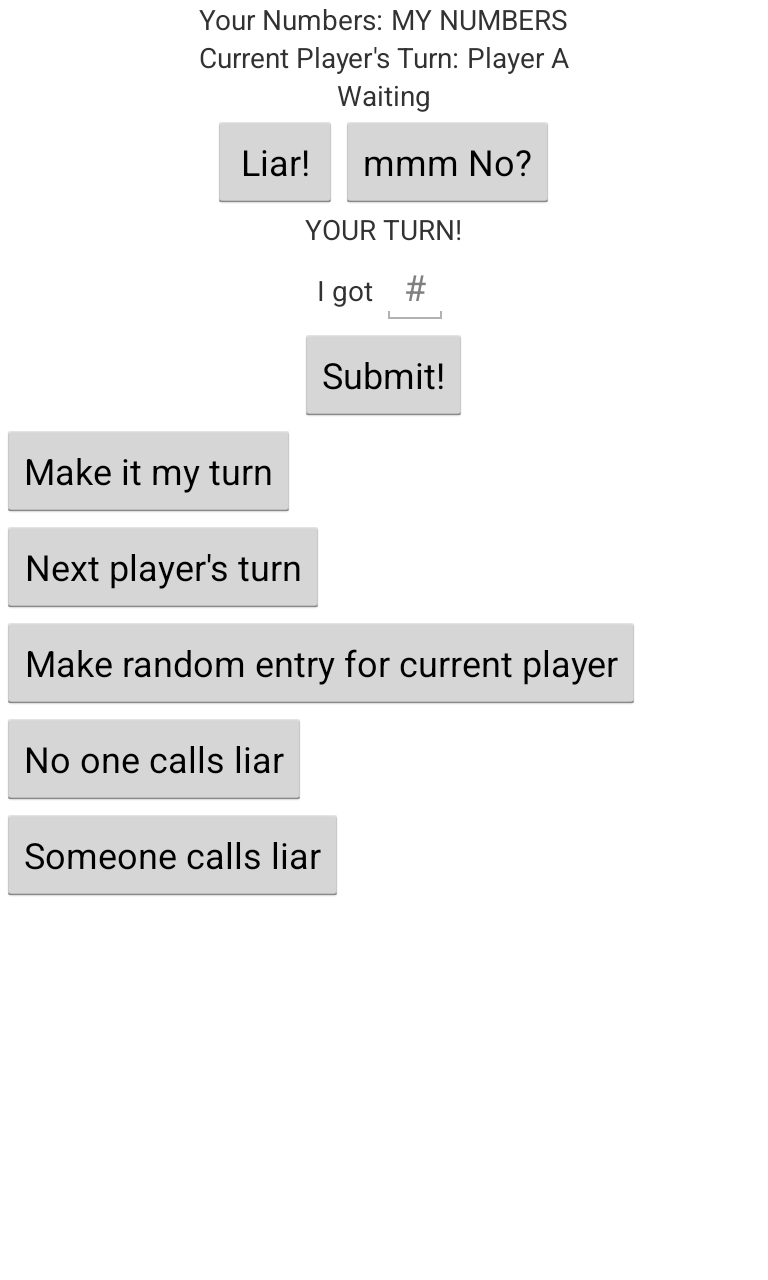
Repository: RayyLim/LiarPoker
Layout: LiarPoker/res/layout/gameroom_main.xml
An editor plug-in stored every save of this project. The layout is shown before and after the next save, followed by the edit.
It is drawn on a 768 x 1280 px phone screen (xhdpi) without system bars, with theme AppTheme; the app's code is not run.

Above is the layout before, as saved 2012-07-22 10:17:49.

After the next save:
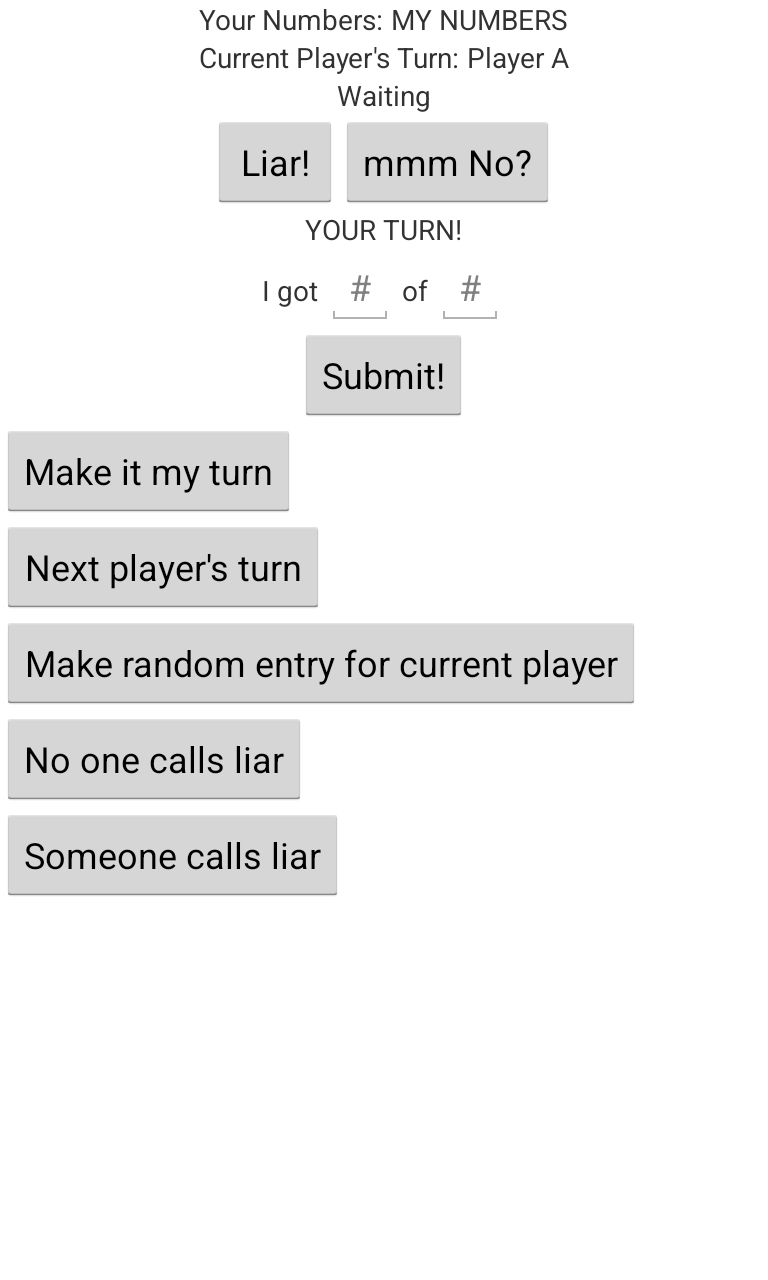
Saved 64 s later.
--- a/LiarPoker/res/layout/gameroom_main.xml
+++ b/LiarPoker/res/layout/gameroom_main.xml
@@ -80,6 +80,17 @@
 
 			android:text="I got " />
 
+			<EditText android:id="@+id/igotamount"
+        android:layout_weight="1"
+        android:layout_width="wrap_content"
+        android:layout_height="wrap_content"
+        android:hint="#" />
+
+						<TextView
+			android:layout_width="wrap_content" android:layout_height="wrap_content"
+
+			android:text=" of " />
+
 			<EditText android:id="@+id/igotnumber"
         android:layout_weight="1"
         android:layout_width="wrap_content"
